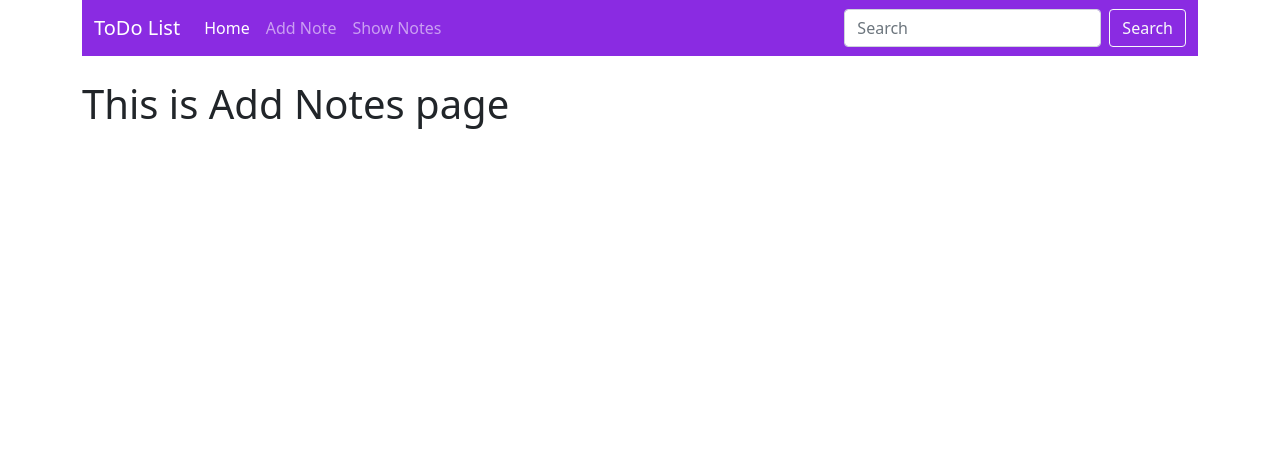
Repository: VishalSalvi17/Hibernate
Page: http://localhost/ToDoList/addnote.jsp
The author's editor kept a copy of each file at every save. The page is drawn from the files as they stood at one save, then again after the next save.
The browser window is 1280 px wide. The pictures show the whole page.
The page is served by Tomcat 9.

Above is the page before, as saved 2023-03-16 10:49:18.

After the next save:
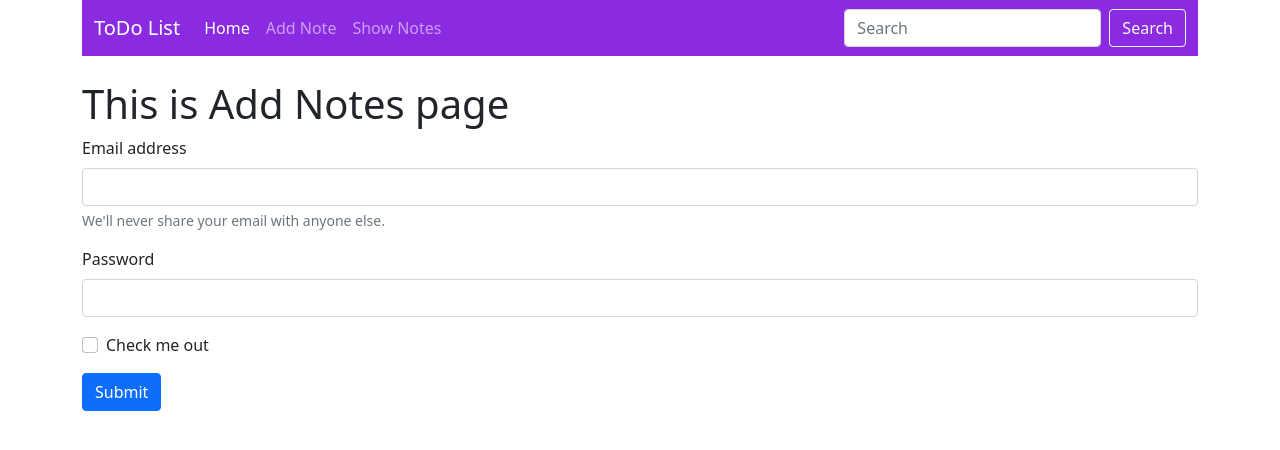
Saved 3 min 28 s later.
--- a/ToDoList/src/main/webapp/addnote.jsp
+++ b/ToDoList/src/main/webapp/addnote.jsp
@@ -15,6 +15,28 @@
 		<%@include file="navbar.jsp"%>
 		<br>
 		<h1>This is Add Notes page</h1>
+
+		<!--  -->
+		<form>
+			<div class="mb-3">
+				<label for="exampleInputEmail1" class="form-label">Email
+					address</label> <input type="email" class="form-control"
+					id="exampleInputEmail1" aria-describedby="emailHelp">
+				<div id="emailHelp" class="form-text">We'll never share your
+					email with anyone else.</div>
+			</div>
+			<div class="mb-3">
+				<label for="exampleInputPassword1" class="form-label">Password</label>
+				<input type="password" class="form-control"
+					id="exampleInputPassword1">
+			</div>
+			<div class="mb-3 form-check">
+				<input type="checkbox" class="form-check-input" id="exampleCheck1">
+				<label class="form-check-label" for="exampleCheck1">Check me
+					out</label>
+			</div>
+			<button type="submit" class="btn btn-primary">Submit</button>
+		</form>
 	</div>
 </body>
 </html>
